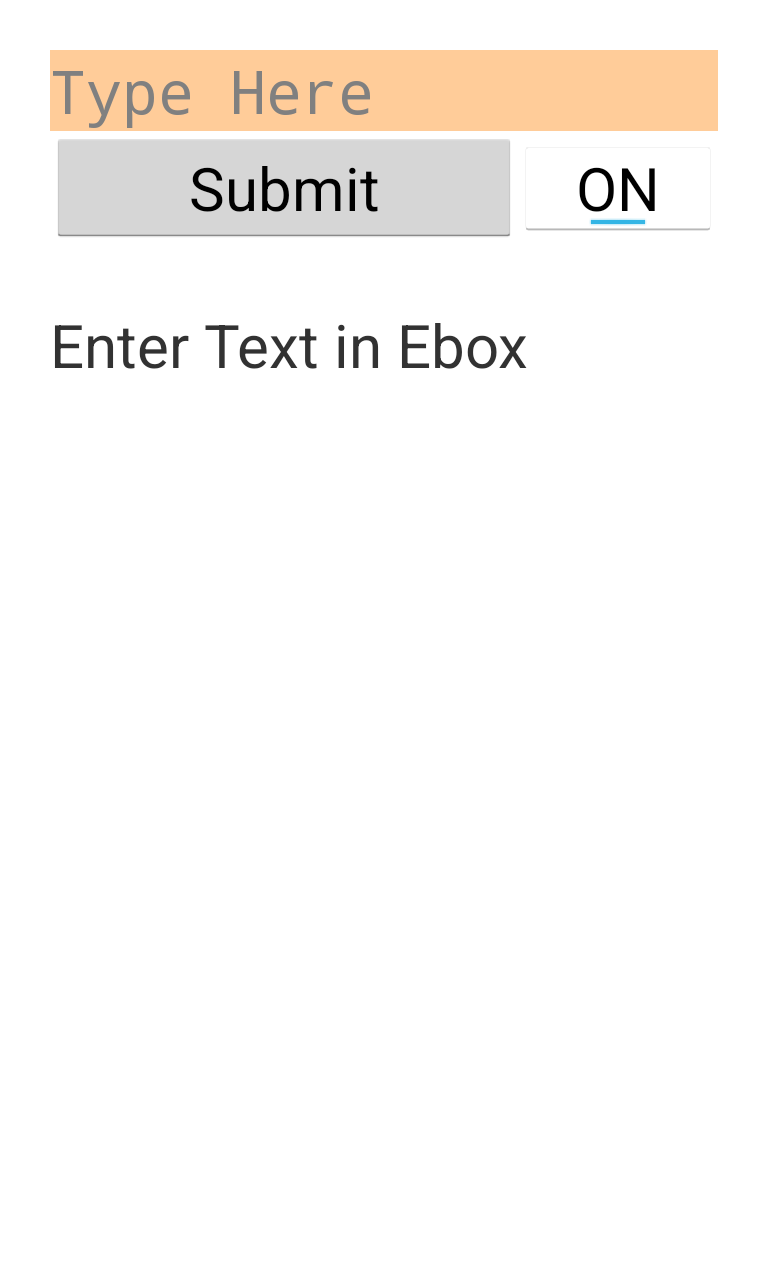
Repository: eshan22/android
Layout: projectone/res/layout/activity_textplay.xml
These files come from the project's save history. The layout is drawn as it stood at one moment and after the next save; the edit follows.
It is drawn on a 768 x 1280 px phone screen (xhdpi) without system bars, with theme AppTheme; the app's code is not run.

Above is the layout before, as saved 2013-06-18 16:02:06.

### projectone/res/layout/activity_textplay.xml
<LinearLayout
    android:layout_width="fill_parent"
    android:layout_height="fill_parent"
    android:padding="25dp"
    android:orientation="vertical"
    xmlns:android="http://schemas.android.com/apk/res/android">

    <EditText
        android:layout_width="fill_parent"
        android:layout_height="wrap_content"
        android:id="@+id/et"
        android:textSize="30dp"
        android:hint="Type Here"
        android:background="@color/my"
        android:password="true"


        />

    <LinearLayout
       android:weightSum="100"
       android:layout_width="fill_parent"
       android:layout_height="wrap_content"
       android:orientation="horizontal"
        >
        <Button
            android:text="Submit"
            android:textSize="30dp"
            android:layout_width="fill_parent"
            android:layout_height="wrap_content"
            android:layout_weight="30"
            android:id="@+id/b"
            />
        <ToggleButton

            android:layout_width="fill_parent"
            android:layout_height="wrap_content"
            android:textSize="30dp"
            android:layout_weight="70"
            android:checked="true"
            android:id="@+id/tb"
            />


    </LinearLayout>

    <TextView
        android:id="@+id/tv"
        android:layout_width="fill_parent"
        android:layout_height="wrap_content"
        android:paddingTop="30dp"
        android:text="Enter Text in Ebox"
        android:textSize="30dp" />

</LinearLayout>

### projectone/res/values/strings.xml
<?xml version="1.0" encoding="utf-8"?>
<resources>

    <string name="app_name">projectone</string>
    <string name="action_settings">Settings</string>
    <string name="hello_world">Hello world!</string>
    <color name="my">#FFCC99</color>

</resources>

Loaded but not shown: projectone/res/values/styles.xml (common file); projectone/res/values-v11/styles.xml (common file); projectone/res/values-v14/styles.xml (common file)

After the next save:
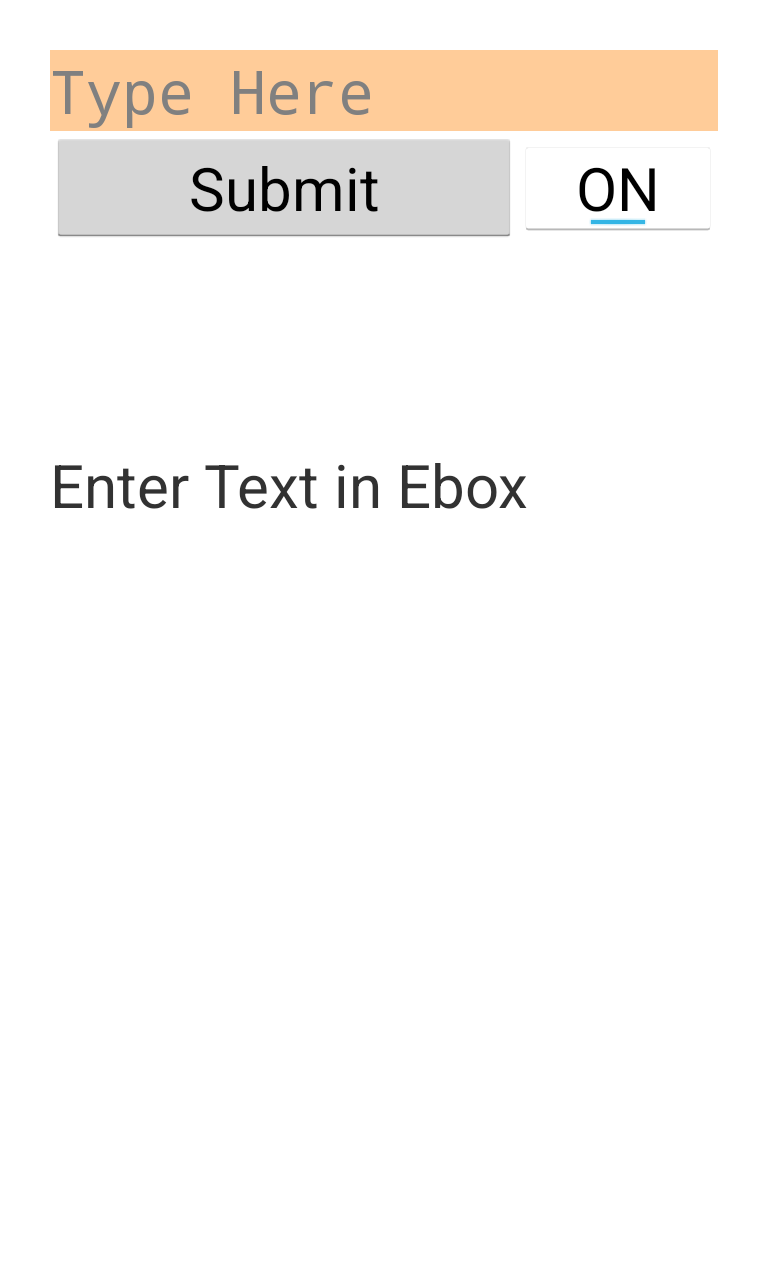
Saved 4 s later.
--- a/projectone/res/layout/activity_textplay.xml
+++ b/projectone/res/layout/activity_textplay.xml
@@ -48,7 +48,7 @@
         android:id="@+id/tv"
         android:layout_width="fill_parent"
         android:layout_height="wrap_content"
-        android:paddingTop="30dp"
+        android:paddingTop="100dp"
         android:text="Enter Text in Ebox"
         android:textSize="30dp" />
 

After the 2 saves that followed:
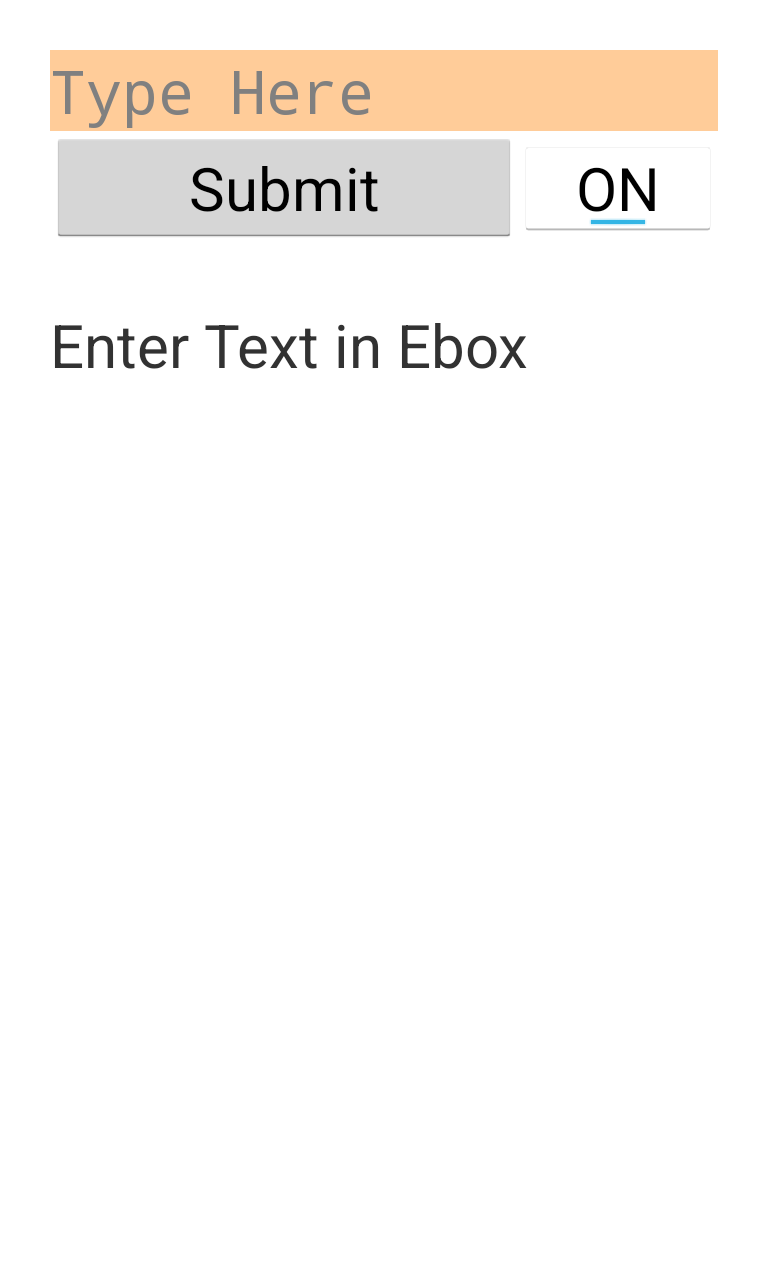
The 2 saves are shown as one change because 1 left the picture as it was.
The last was saved 29 s later.
--- a/projectone/res/layout/activity_textplay.xml
+++ b/projectone/res/layout/activity_textplay.xml
@@ -48,7 +48,7 @@
         android:id="@+id/tv"
         android:layout_width="fill_parent"
         android:layout_height="wrap_content"
-        android:paddingTop="100dp"
+        android:layout_marginTop="30dp"
         android:text="Enter Text in Ebox"
         android:textSize="30dp" />
 
